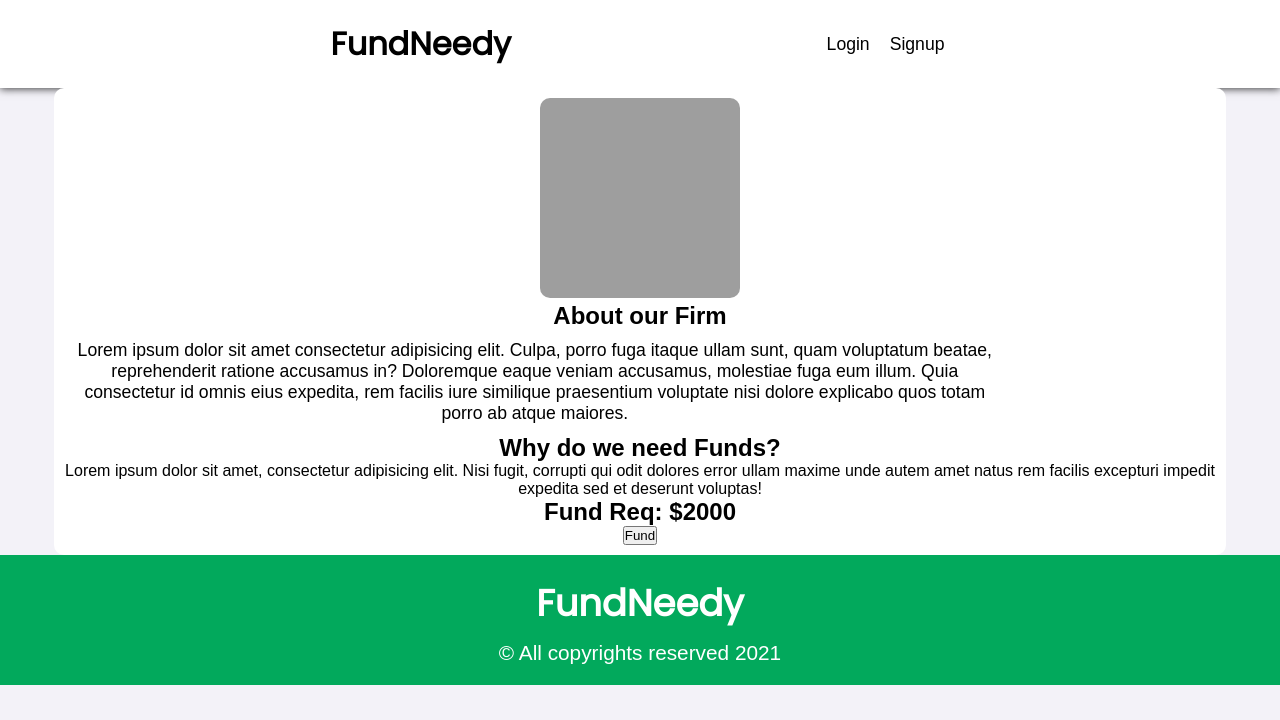
Repository: osdc/codejam
Page: /firmname (app in sassy-sandwiches/fund-needy/)
An editor plug-in stored every save of this project. The page is shown before and after the next save, followed by the edit.
The browser window is 1280 px wide. The pictures show the whole page.
Pictures or frames that could not be fetched are drawn as grey boxes. The project was rebuilt for these pictures with package versions that can differ from the ones it lists, and the page was loaded fresh each time. Also part of the build but not shown: sassy-sandwiches/fund-needy/src/Showcase.css, sassy-sandwiches/fund-needy/src/Showcase.js, sassy-sandwiches/fund-needy/src/Needies.css, sassy-sandwiches/fund-needy/src/Needy.css, sassy-sandwiches/fund-needy/src/Needy.js, sassy-sandwiches/fund-needy/src/Needies.js.

Above is the page before, as saved 2021-01-09 22:18:52.

After the next save:
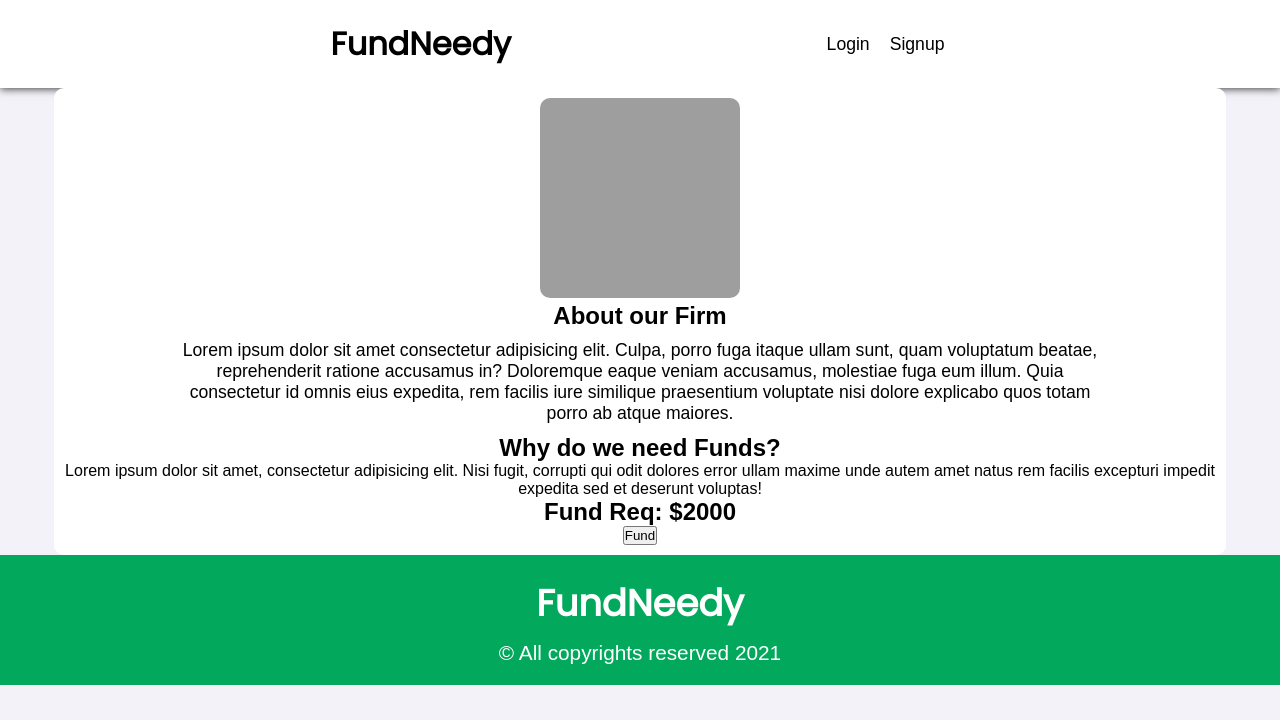
Saved 7 s later.
--- a/sassy-sandwiches/fund-needy/src/FirmFund.css
+++ b/sassy-sandwiches/fund-needy/src/FirmFund.css
@@ -17,7 +17,8 @@
   width: 80%;
   margin: auto;
   font-size: 1.1rem;
-  margin: 10px;
+  margin-top: 10px;
+  margin-bottom: 10px;
 }
 
 .firmFund_about {
